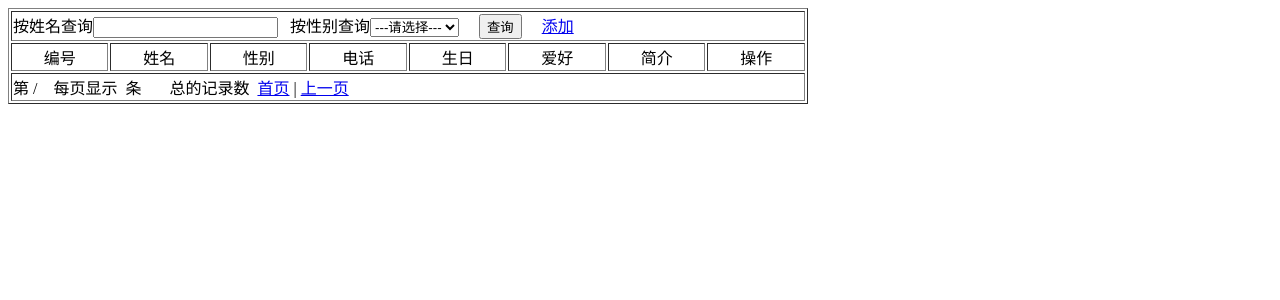
Repository: ChengqunYang/JAVA
Page: http://localhost/stu/list_page.jsp
An editor plug-in stored every save of this project. The page is shown before and after the next save, followed by the edit.
The browser window is 1280 px wide. The pictures show the whole page.
The page is served by Tomcat 9. The template is opened directly, without the code that normally fills it, so the values that code supplies are empty.

Above is the page before, as saved 2019-04-18 11:51:51.

After the next save:
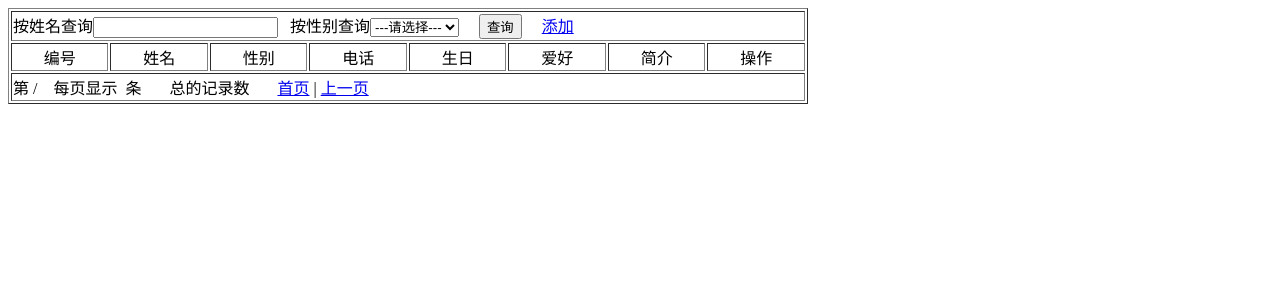
Saved 32 s later.
--- a/stu/WebContent/list_page.jsp
+++ b/stu/WebContent/list_page.jsp
@@ -68,6 +68,7 @@
 				每页显示&nbsp;${pageBean.pageSize }&nbsp;条 &nbsp;&nbsp;&nbsp;&nbsp;&nbsp;
 				总的记录数&nbsp;${pageBean.totalSize }
 				<c:if test="${pageBean.currentPage !=1 }">
+				&nbsp;&nbsp;&nbsp;&nbsp;
 					<a href="StudentListPageServlet?currentPage=1">首页</a>	|
 					<a href="StudentListPageServlet?currentPage=${pageBean.currentPage-1 }">上一页</a>
 				</c:if>
